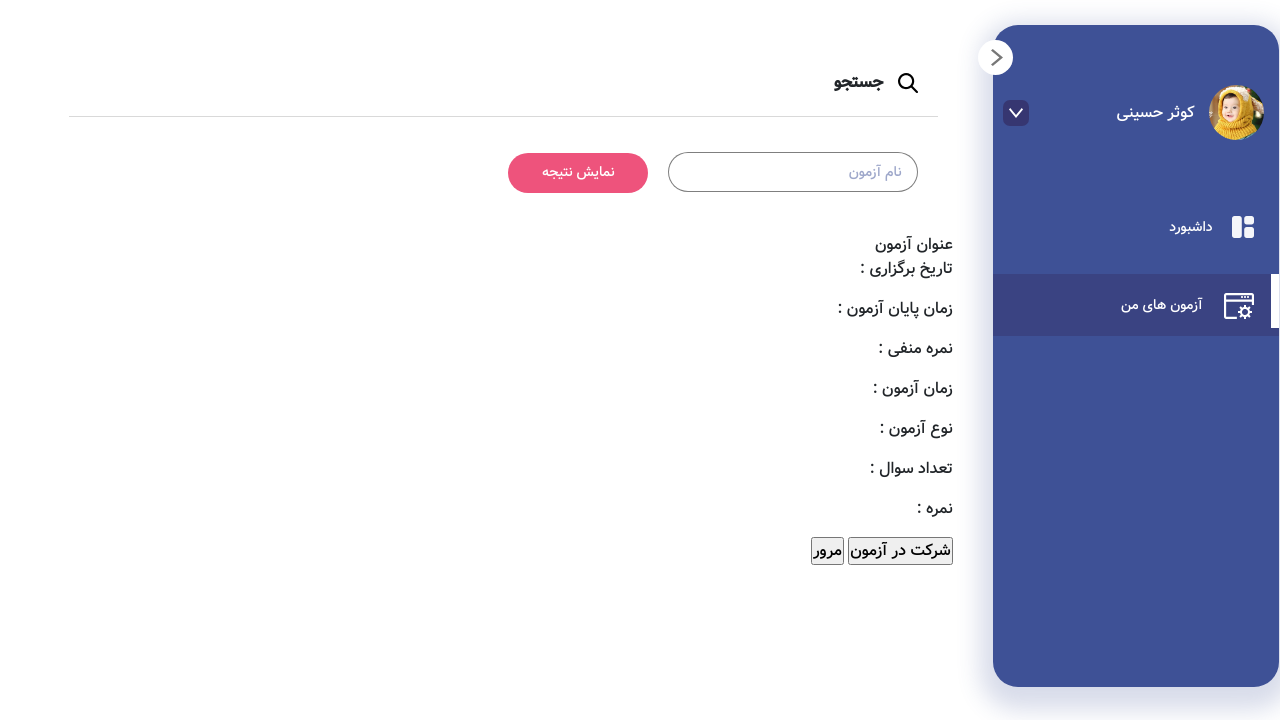
Repository: kosar78/quiz-online
Page: student-panel-myquiz.html
These files come from the project's save history. The page is drawn as it stood at one moment and after the next save; the edit follows.
The browser window is 1280 px wide. The pictures show the whole page.
The page's requests for data from a server got no answer.

Above is the page before, as saved 2022-01-09 14:01:28.

### student-panel-myquiz.html
<!DOCTYPE html>
<html lang="en">
<head>
    <meta charset="UTF-8">
    <meta name="viewport" content="width=device-width, initial-scale=1.0">
    <link rel="stylesheet" href="css/manager-panel.css">
    <link rel="stylesheet" href="css/teacher-panel-dashbord.css">
    <link rel="stylesheet" href="css/studnet-panel-myquiz.css">
    <link rel="stylesheet" href="bootstrap_files/css/bootstrap.min.css">
    <script type="text/javascript" src="JQuery_file/jQuery.js"></script>
    <script type="text/javascript" src="bootstrap_files/js/bootstrap.min.js"></script>
    <script type="text/javascript" src="js/manager-panel.js"></script>
    <title>پنل دانشجو - داشبورد</title>
</head>
<body>
    <div class="container-fluid">
        <div class="row main-row">
            <div class="col-xl-3 col-md-3 sidebar-parent">
                <div class="resize-sidebar">
                    <img class="resize-right show" src="images/right.svg" alt="">
                    <img class="resize-left hide" src="images/left.svg" alt="">
                </div>
                <div class="exit-menubar hide">
                    <img class="" src="images/exit-menubar.svg" alt="">
                </div>
                <div class="sidebar">
                    <ul class="user-profile">
                        <li class="user-img">
                            <img src="images/H0fb13ae027de48f4a32a8bd50971f4c5N.jpg_.webp" alt="">
                        </li>
                        <li class="user-name-phone">
                            <p class="user-name" id="fullname">
                                کوثر حسینی
                            </p>
                            <p class="user-phone">

                            </p>
                        </li>
                        <li class="manage-profile">
                            <img class="bottom show" src="images/bottom.svg" alt="">
                            <img class="top hide" src="images/top.svg" alt="">
                        </li>
                    </ul>
                    <div class="manage-profile-menubar hide">
                        <div>
                            <ul class="mp-menubar">
                                <a href="manager-panel-profile.html">
                                    <li><img src="images/manage-profile-icon.svg" alt="" class="mp-icon"></li>
                                    <li class="mp-name">

                                        پروفایل

                                    </li>
                                </a>
                            </ul>
                            <ul class="mp-menubar">
                                <a href="#">
                                    <li><img src="images/change-pass-icon.svg" alt="" class="mp-icon"></li>
                                    <li class="mp-name">
                                        تغییر رمز عبور
                                    </li>
                                </a>
                            </ul>
                            <ul class="mp-menubar">
                                <a href="home.html">
                                    <li><img src="images/profile-manage-exit-icon.svg" alt="" class="mp-icon"></li>
                                    <li class="mp-name">
                                        خروج
                                    </li>
                                </a>
                            </ul>
                        </div>
                    </div>
                    <ul class="sidebar-case  dashbord">
                        <div class="v-line"></div>
                        <a href="student-panel-dashbord.html">
                            <li class="case-icon">
                                <img src="images/dashbord-icon.svg" alt="">
                            </li>
                            <li class="case-name">
                                داشبورد
                            </li>
                        </a>
                    </ul>
                    <ul class="sidebar-case active-case  test-managment">
                        <div class="v-line"></div>

                            <li class="case-icon">
                                <img src="images/carbon_gui-management.svg" alt="">
                            </li>
                            <li class="case-name">
                                آزمون های من
                            </li>

                    </ul>

                </div>
            </div>


            <div class="col-xl-9 col-md-9 quizlist-left-side left-side">
                <img src="images/menubar.svg" alt="" class="menubar hide">
                <div class="row main-row-left">
                    <div class="col-xl-12 search-box">
                        <ul>
                            <li>
                                <img src="images/search-icon.svg" alt="">
                            </li>
                            <li class="search-tx">
                                جستجو
                            </li>
                        </ul>
                        <div class="line"></div>
                        <ul class="search-input-ul">
                            <li>
                                <input type="text" name="search-name" id="quiz-name" placeholder="نام آزمون">
                            </li>

                            <li>
                                <input class="show-result-btn" type="button" value="نمایش نتیجه">
                            </li>
                        </ul>
                    </div>

                    <div class="quiz-box">
                        <div class="head-quiz-box">
                            عنوان آزمون
                        </div>
                        <ul>
                            <li class="li-titr">تاریخ برگزاری :</li>
                            <li></li>
                        </ul>
                        <ul>
                            <li class="li-titr">زمان پایان آزمون :</li>
                            <li></li>
                        </ul>
                        <ul>
                            <li class="li-titr">نمره منفی :</li>
                            <li></li>
                        </ul>
                        <ul>
                            <li class="li-titr">زمان آزمون :</li>
                            <li></li>
                        </ul>
                        <ul>
                            <li class="li-titr">نوع آزمون :</li>
                            <li></li>
                        </ul>
                        <ul>
                            <li class="li-titr">تعداد سوال :</li>
                            <li></li>
                        </ul>
                        <ul>
                            <li class="li-titr">نمره :</li>
                            <li></li>
                        </ul>
                        <ul>
                            <li>
                                <input type="button" value="شرکت در آزمون">
                            </li>
                            <li>
                                <input type="button" value="مرور">
                            </li>
                        </ul>
                    </div>
                </div>
            </div>
        </div>
    </div>
    <script src="node_modules/axios/dist/axios.min.js"></script>
    <script src="js/manager-panel-getToken.js"></script>
</body>
</html>

### css/manager-panel.css
@font-face {
    font-family: FirstFont;
    src:url(../font/Vazir-Medium.woff2) format('woff2');
    src:url(../font/Vazir-Medium-FD-WOL.woff2) format('woff2');
  }
* {
    margin: 0;
    padding: 0;
    user-select: none;
    -moz-user-select: none;
    -khtml-user-select: none;
    -webkit-user-select: none;
    -o-user-select: none;
    text-align: right;
    text-decoration:none;
}
html body {
    direction: rtl;
    font-family:FirstFont;
    text-align: center;

}

ul li{
    display: inline-block;
    list-style: none;
}
.sidebar-parent{
    padding: 25px;

    position: relative;
}
.main-row{
    padding-right: 15px;
}
.sidebar{
    width: 100%;
    height: 92vh;
    background-color: #3E5196;
    border-radius: 25px;
    box-shadow: 0px 10px 23px 13px rgba(62, 81, 150, 0.2);

}
.resize-sidebar,
.exit-menubar{
    border-radius: 50%;
    width: 35px;
    text-align: center;
    height: 35px;
    position: absolute;
    padding-top: 9px;
    top: 40px;
    background: #fff;
    padding-right: 10px;
    left: 0;
    cursor: pointer;
}
.exit-menubar{
    padding-right: 0px;
    padding-top: 6px;
}
.exit-menubar img{
    width: 16px;
}
.resize-sidebar img{
    width: 12px;
}
.user-img img{
    width: 55px;
    height: 55px;
    border-radius: 50%;
}
.user-profile{
    padding-right: 15px;
    padding-top: 60px;

}
.user-name-phone p{
    margin-bottom: 0 !important;
    color: #fff;
}
.user-name-phone{
    position: relative;
    top: 0px;
    right: 10px;
    width: 59%;
}
.user-phone{
    font-size: 12px;
}
.user-name{
    /* width: 140px; */
    height: auto;
}
.manage-profile{
    background-color: #363671;
    padding: 8px 6px;
    border-radius: 7px;
    cursor: pointer;
    position: absolute;
    left: 25px;
    top: 100px;
}
.manage-profile img{
    width: 14px;
}
.sidebar-case{
    padding-right: 25px;
    padding-top: 15px;
    padding-bottom: 15px;
    margin-bottom: 0px !important;
    margin-top: 20px;

}
.dashbord{
    margin-top: 60px;
}
.sidebar-case li{
    cursor: pointer;
}
.active-case .v-line{
    background: #fff;
    width: 8px;
    position: absolute;
    height: 54px;
    top: 0;
    right: 0;
}
.active-case .v-line-user-managment{
    background: #fff;
    width: 8px;
    position: absolute;
    height: 44px;
    top: 0;
    right: 0;
}

.active-case{
    background: rgba(54, 54, 113, 0.5);
    position: relative;
}
.case-name{
    width: 64%;
    color: #fff;
    margin-right: 15px;
    font-size: 14px;
}
.user-management .case-name{
    margin-right: 9px;
}
.user-management-case{
    margin-bottom: 0px !important;
    padding: 10px 0;
}
.user-management-case li{
    cursor: pointer;
}
.user-management-case .umc-icon img{
    width: 25px;
}
.user-management-cases{
    padding-right: 65px;
}
.user-management-case .umc-name{
    font-size: 15px;
    color: rgba(255, 255, 255, 0.8);
    padding-right: 12px;
}
.manage-profile-menubar{
    left: 25px;
    margin-top: -25px;
    position: absolute;
    z-index: 1;
}
.manage-profile-menubar div{

    background-color: #363671;
    border-radius: 10px;
    width: max-content;
    transition: all 0.4s cubic-bezier(0.39, 0.58, 0.57, 1);
}
.manage-profile-menubar .mp-menubar{
    margin-bottom: 0;
    padding: 15px;
}
.manage-profile-menubar .mp-name{
    color: #fff;
    font-size: 13px;
    padding-right: 12px;
    padding-left: 25px;
}
.manage-profile-menubar .mp-menubar li{
    cursor: pointer;
}
.user-mangement-cases-icon{
    position: absolute;
    left: 28px;
    margin-top:5px;
}
.hide{
    display: none;
}
.show{
    display: block;
}

.small-sidebar .user-profile {
    padding-right: 10px;
}
.small-sidebar .user-name-phone,
.small-sidebar .case-name,
.small-sidebar .mp-name,
.small-sidebar .umc-name{
    display: none;
}
.small-sidebar .manage-profile{
    left: 40px;
    margin-top: 46px;
}
.small-sidebar .manage-profile-menubar {
    left: 29px;
    margin-top: 20px;
}
.small-sidebar .user-management-cases {
    padding-right: 25px;
}
.small-sidebar .user-mangement-cases-icon{
    display: none;
}
.mp-menubar:hover{
    background-color: #6060d0e3;
}
#message{
    margin-bottom: 10px !important;
    font-size: 15px;
    margin-right: 36px;
    height: 25px;
    margin-top: 15px;
}
@media(max-width:1199px){
    .user-name-phone{
        display: block;
    }
    .manage-profile-menubar {
        margin-top: -55px;
    }

}
.small-sidebar .user-profile,
.small-sidebar .sidebar-case,
.small-sidebar .user-management-cases {
    padding-right: 0px;
    text-align: center;
}
.small-sidebar .user-management-cases .user-management-case{
    text-align: center;
}

.small-sidebar .manage-profile {
    left: 42%;
    margin-top: 36px;
}
.small-sidebar .manage-profile-menubar {
    left: 35%;
}
@media(max-width:880px){
    .user-name-phone .user-name,
    .user-management-case .umc-name{
        font-size: 13px;
    }
    .case-name{
        font-size: 12px;
        margin-right: 7px !important;
    }
    .user-phone {
        font-size: 9px;
    }
    .sidebar-case {
        padding-right: 15px;
    }
    .manage-profile-menubar .mp-menubar{
        padding: 10px;
    }
    .manage-profile-menubar .mp-name{
        padding-left: 15px;
    }
    .user-management-cases {
        padding-right: 50px;
    }
    .small-sidebar .manage-profile-menubar {
        left: 38%;
    }
}
@media(max-width:767px){
    .sidebar-parent{
        display: none;
    }
    .menubar{
        display: block;
        width: 40px;
        height: 40px;
        cursor: pointer;
        margin-top: 20px;
        position: absolute;
        top: 2px;
        right: 15px;
    }
    .main-row{
        padding-right: 0;
    }

}
@media(min-width:768px){
    .exit-menubar{
        display: none;
    }
    .resize-sidebar{
        display: block;
    }
    .menubar{
        display: none;
    }
    .sidebar-parent{
        display: block !important;
    }
}

### css/teacher-panel-dashbord.css
.main-row-left{
    padding-top: 50px;
    padding-left: 25px;
    padding-right: 25px;
    margin-bottom: 25px;
}

.testslist-left-side{
    height: 100vh !important;
    overflow-y: auto;
}
.teacher-dashbord-title,
.tests-list-box{
    background: #FFFFFF;
    box-shadow: 0px 0px 10px rgba(0, 0, 0, 0.2);
    border-radius: 10px;
    width: 100%;
    height: max-content;
    padding: 0 !important;

}
.tests-list-box{
    margin: 20px 0;
}
.add-new-test{
    width: 140px;
    outline: none;
    margin-bottom: 20px;
    border: 0;
    text-align: center;
    color: #FFFFFF;
    background: #EE537C;
    border-radius: 25px;
    height: 40px;
    font-size: 14px;
    position: absolute;
    top: 15px;
    left: 20px;
}

.add-new-test:hover{
    background:#d84c71 !important;
    color:#f6f6f6 !important;
}
.title-tx {
    width: max-content;
    margin-top: 25px;
    margin-right: 25px;
    margin-bottom: 30px;
    font-size: 17px;
    font-weight: bold;
}
.table thead th {
    color: rgb(0,0,0,.5);
    font-size: 15px;
}
.table td{
    font-size: 15px;
}
.teacher-dashbord-title ul{
    padding-right: 25px;
}
.teacher-dashbord-title .title-tx{
    margin-right: 15px;
    margin-bottom: 10px;
}
.empty-list{
    text-align: center;
    margin-top: 10px;
    margin-bottom: 15px;
}


@media(max-width:767px){
    .main-row-left{
        margin-top: 25px;
    }
    .main-row-left .row{
        margin-bottom: 0;
    }

}

### css/studnet-panel-myquiz.css
.quizlist-left-side{
    height: 100vh !important;
    overflow-y: auto;
}
.search-boxو
.quiz-box{
    background: #FFFFFF;
    box-shadow: 0px 0px 10px rgba(0, 0, 0, 0.2);
    border-radius: 10px;
    width: 100%;
    height: max-content;
    padding: 0 !important;
}
.line{
    height: 1px;
    background-color: rgba(0, 0, 0, 0.15);
}

.search-box input[type="text"]{
    border-radius: 25px;
    width: 250px;
    height: 40px;
    border: 1px solid rgba(0, 0, 0, 0.5);
    outline: none;
    padding: 3px 15px;
    /* margin-bottom: 30px; */
}

.search-box input[type="text"]:focus{
    border: 1px solid #3E5196;
}

.search-box input[type="button"]{
    width: 140px;
    outline: none;
    margin-bottom: 20px;
    border: 0;
    text-align: center;
    color: #FFFFFF;
    background: #EE537C;
    border-radius: 25px;
    height: 40px;
    font-size: 14px;
}
.show-result-btn:hover{
    background:#d84c71 !important;
    color:#f6f6f6 !important;
}

::placeholder {
    color: #3E5196;
    opacity: 0.5;
    font-size: 14px;
}

:-ms-input-placeholder {
    color:#3E5196;
    opacity: 0.5;
    font-size: 14px;
}

::-ms-input-placeholder {
    color: #3E5196;
    opacity: 0.5;
    font-size: 14px;
}
.search-box img{
    width: 20px;
}
.search-box ul{
    padding: 20px;
    margin-bottom: 0 !important;
}
.search-box .search-tx{
    font-size: 17px;
    font-weight: bold;
    padding-right: 10px;
}
.search-input-ul li{
    margin-left: 15px;
    margin-top: 15px;
}

### js/manager-panel.js
$(document).ready(function(){
    $(".manage-profile").click(function(){
        if($(".bottom").hasClass("show")){
            $(".bottom").removeClass("show")
            $(".bottom").addClass("hide")
            $(".top").addClass("show")
            $(".top").removeClass("hide")
            $(".manage-profile-menubar").removeClass("hide")
            $(".manage-profile-menubar").addClass("show")
        }
        else if($(".bottom").hasClass("hide")){
            $(".bottom").removeClass("hide")
            $(".bottom").addClass("show")
            $(".top").addClass("hide")
            $(".top").removeClass("show")
            $(".manage-profile-menubar").removeClass("show")
            $(".manage-profile-menubar").addClass("hide")
        }

    })

    $(".user-management li").click(function(){
        if($("#user-mangement-cases-icon-bottom").hasClass("show")){
            $("#user-mangement-cases-icon-bottom").removeClass("show")
            $("#user-mangement-cases-icon-bottom").addClass("hide")
            $("#user-mangement-cases-icon-top").addClass("show")
            $("#user-mangement-cases-icon-top").removeClass("hide")
            $(".user-management-cases").removeClass("hide")
            $(".user-management-cases").addClass("show")
        }
        else if($("#user-mangement-cases-icon-bottom").hasClass("hide")){
            $("#user-mangement-cases-icon-bottom").removeClass("hide")
            $("#user-mangement-cases-icon-bottom").addClass("show")
            $("#user-mangement-cases-icon-top").addClass("hide")
            $("#user-mangement-cases-icon-top").removeClass("show")
            $(".user-management-cases").removeClass("show")
            $(".user-management-cases").addClass("hide")
        }

    })
    $(".resize-sidebar").click(function(){
        if($(".resize-right").hasClass("show")){
            $(".resize-right").removeClass("show")
            $(".resize-right").addClass("hide")
            $(".resize-left").addClass("show")
            $(".resize-left").removeClass("hide")
            $(".sidebar-parent").removeClass("col-xl-3")
            $(".sidebar-parent").addClass("col-xl-1")
            $(".sidebar-parent").removeClass("col-md-3")
            $(".sidebar-parent").addClass("col-md-2")
            $(".left-side").removeClass("col-xl-9")
            $(".left-side").addClass("col-xl-11")
            $(".left-side").removeClass("col-md-9")
            $(".left-side").addClass("col-md-10")
            $(".sidebar-parent").addClass("small-sidebar")
        }
        else if($(".resize-right").hasClass("hide")){
            $(".resize-right").removeClass("hide")
            $(".resize-right").addClass("show")
            $(".resize-left").addClass("hide")
            $(".resize-left").removeClass("show")
            $(".sidebar-parent").addClass("col-xl-3")
            $(".sidebar-parent").removeClass("col-xl-1")
            $(".sidebar-parent").addClass("col-md-3")
            $(".sidebar-parent").removeClass("col-md-2")
            $(".left-side").addClass("col-xl-9")
            $(".left-side").removeClass("col-xl-11")
            $(".left-side").addClass("col-md-9")
            $(".left-side").removeClass("col-md-10")
            $(".sidebar-parent").removeClass("small-sidebar")
        }

    })
    $(".menubar").click(function(){
        $(".sidebar-parent").removeClass("hide")
        $(".sidebar-parent").addClass("show")
        $(".left-side").addClass("hide")
        $(".left-side").removeClass("show")
        $(".sidebar-parent").css("display","block")
        $(".left-side").css("display","none")
        $(".resize-sidebar").removeClass("show")
        $(".resize-sidebar").addClass("hide")
        $(".exit-menubar").removeClass("hide")
        $(".exit-menubar").addClass("show")
        $(".sidebar-parent").removeClass("small-sidebar")
    })
    $(".exit-menubar").click(function(){
        $(".sidebar-parent").removeClass("show")
        $(".sidebar-parent").addClass("hide")
        $(".left-side").addClass("show")
        $(".left-side").removeClass("hide")
        $(".sidebar-parent").css("display","none")
        $(".resize-sidebar").removeClass("hide")
        $(".resize-sidebar").addClass("show")
        $(".exit-menubar").removeClass("show")
        $(".exit-menubar").addClass("hide")
        $(".left-side").css("display","block")
        $(".change-pass-left-side").css("display","flex !important")
    })

})

### js/manager-panel-getToken.js
// let localStorage_Array4=localStorage.toggled.split("|")
// localStorage.toggled=localStorage_Array4[0]
// let examId=localStorage_Array4[1]

            axios.get('http://localhost:3000/api/v1/user/my',{
                headers: {
                    'Authorization' : `Bearer ${localStorage.toggled}`
                }
            })
            .then(res =>{
                console.log('get : ')
                console.log(res.data.data.fullName);
                document.getElementById("fullname").innerHTML = res.data.data.fullName;

            })
            .catch(err => console.log(err))

Loaded but not shown: bootstrap_files/css/bootstrap.min.css (library); JQuery_file/jQuery.js (library); bootstrap_files/js/bootstrap.min.js (library); node_modules/axios/dist/axios.min.js (library)

After the next save:
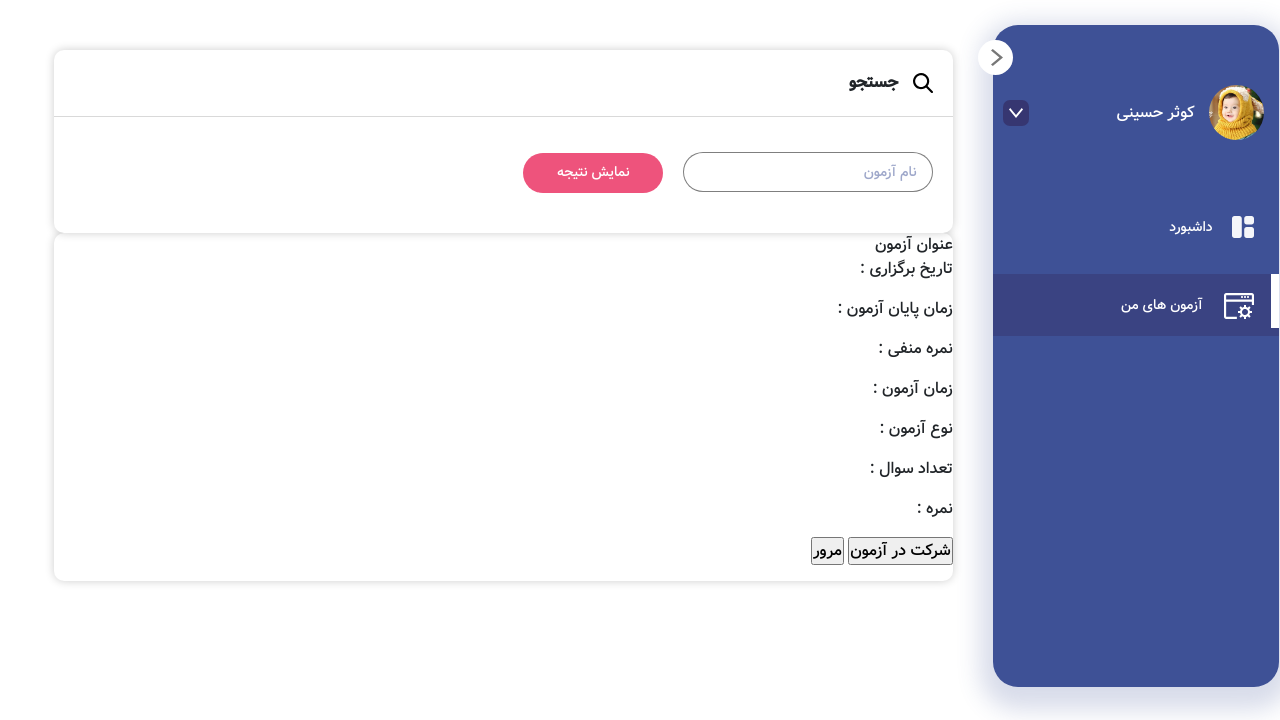
Saved 15 s later.
--- a/css/studnet-panel-myquiz.css
+++ b/css/studnet-panel-myquiz.css
@@ -2,7 +2,7 @@
     height: 100vh !important;
     overflow-y: auto;
 }
-.search-boxو
+.search-box,
 .quiz-box{
     background: #FFFFFF;
     box-shadow: 0px 0px 10px rgba(0, 0, 0, 0.2);
